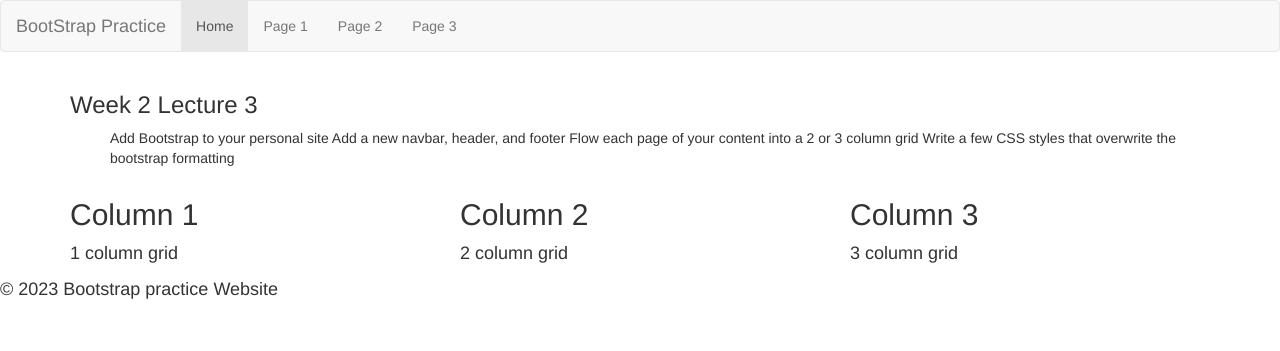
Repository: ayannasampson/bootstrappractice
Page: bs.html
The author's editor kept a copy of each file at every save. The page is drawn from the files as they stood at one save, then again after the next save.
The browser window is 1280 px wide. The pictures show the whole page.
Some web libraries are served in a nearby version.

Above is the page before, as saved 2023-03-21 13:16:17.

### bs.html

    <html lang="en">
<head>
  <title>Bootstrap Practice</title>
  <meta charset="utf-8">
  <meta name="viewport" content="width=device-width, initial-scale=1">
  <link rel="stylesheet" href="https://maxcdn.bootstrapcdn.com/bootstrap/3.4.1/css/bootstrap.min.css">
  <script src="https://ajax.googleapis.com/ajax/libs/jquery/3.6.3/jquery.min.js"></script>
  <script src="https://maxcdn.bootstrapcdn.com/bootstrap/3.4.1/js/bootstrap.min.js"></script>
  <script src="https://unpkg.com/@popperjs/core@2.10.1/dist/umd/popper.min.js"></script>
</head>
<body>

<nav class="navbar navbar-default">
  <div class="container-fluid">
    <div class="navbar-header">
      <a class="navbar-brand" href="#">BootStrap Practice</a>
    </div>
    <ul class="nav navbar-nav">
      <li class="active"><a href="#">Home</a></li>
      <li><a href="#">Page 1</a></li>
      <li><a href="#">Page 2</a></li>
      <li><a href="#">Page 3</a></li>
    </ul>
  </div>
</nav>

<div class="container">
  <h3>Week 2 Lecture 3</h3>
  <p> <ul
    <ls>Add Bootstrap to your personal site</ls>
<ls>Add a new navbar, header, and footer</ls>
<ls>Flow each page of your content into a 2 or 3 column grid</ls>
<ls>Write a few CSS styles that overwrite the bootstrap formatting</ls></p>
  </ul>

</div>
<div class="container">
		<div class="row">
			<div class="col-md-4">
				<h2>Column 1</h2>
				<p>1 column grid</p>
			</div>
			<div class="col-md-4">
				<h2>Column 2</h2>
				<p>2 column grid</p>
			</div>
			<div class="col-md-4">
				<h2>Column 3</h2>
				<p>3 column grid</p>
			</div>
		</div>
	</div>
  <div class="footer">
		<p>&copy; 2023 Bootstrap practice Website</p>
	</div>
  <style>
		h1 {
			color: blue;
		}
		p {
			font-size: 18px;
		}
	</style>
</body>
</html>


</html>

After the next save:
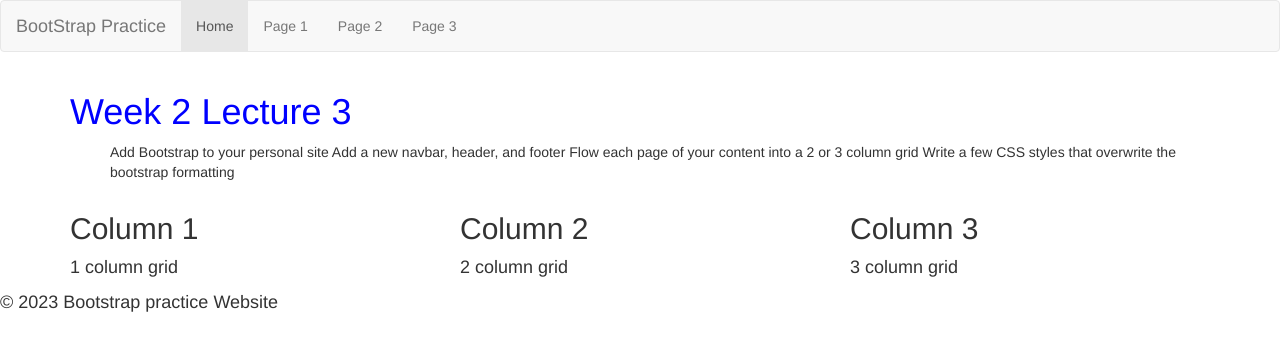
Saved 37 s later.
--- a/bs.html
+++ b/bs.html
@@ -26,7 +26,7 @@
 </nav>
 
 <div class="container">
-  <h3>Week 2 Lecture 3</h3>
+  <h1>Week 2 Lecture 3</h1>
   <p> <ul
     <ls>Add Bootstrap to your personal site</ls>
 <ls>Add a new navbar, header, and footer</ls>
